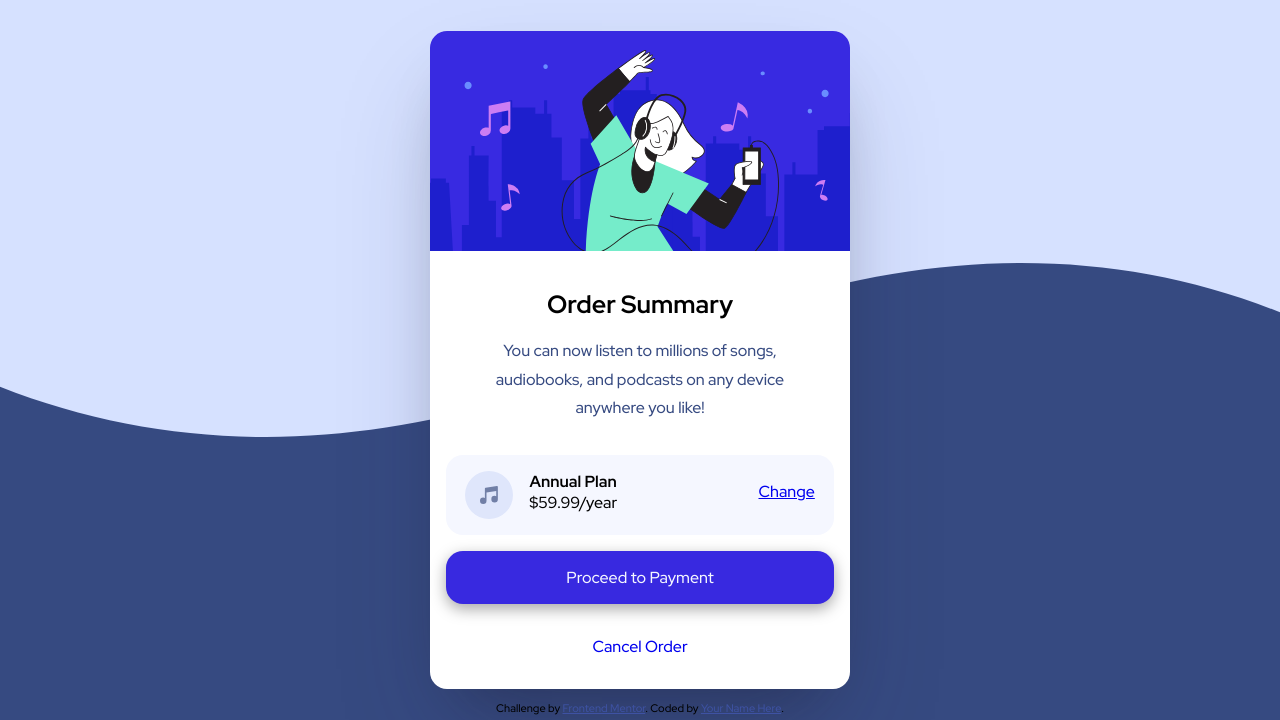
Repository: DejV44/order-summary-frontend
Page: index.html
The author's editor kept a copy of each file at every save. The page is drawn from the files as they stood at one save, then again after the next save.
The browser window is 1280 px wide. The pictures show the whole page.
The style sheet was rebuilt from its Sass, Less or Tailwind sources for each picture, by a compiler version that may differ from the author's.

Above is the page before, as saved 2021-08-13 12:33:40.

After the next save:
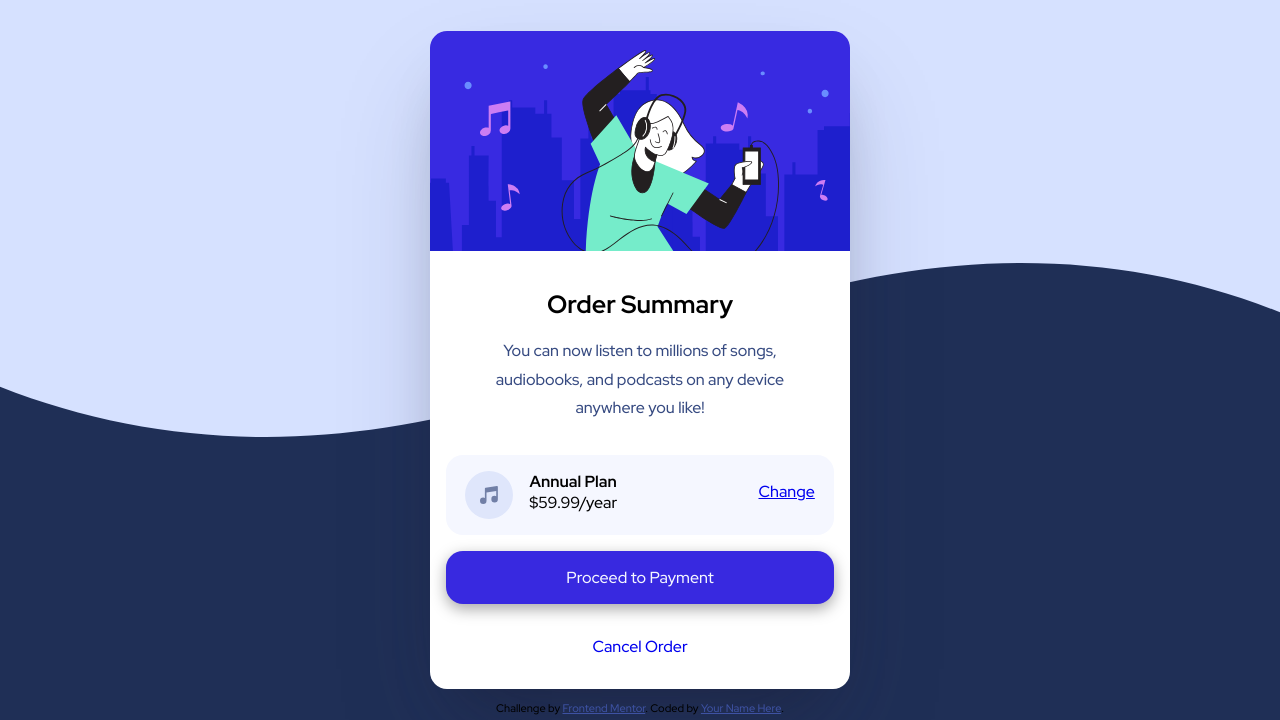
Saved 21 s later.
--- a/css/_mixins.scss
+++ b/css/_mixins.scss
@@ -12,7 +12,7 @@
 @mixin backgroundDesk {
     background: url(/images/pattern-background-desktop.svg);
     background-repeat: no-repeat;
-    background-color: $Desaturatedblue;
+    background-color: $DarkBlue;
     background-position: top;
 }
 
